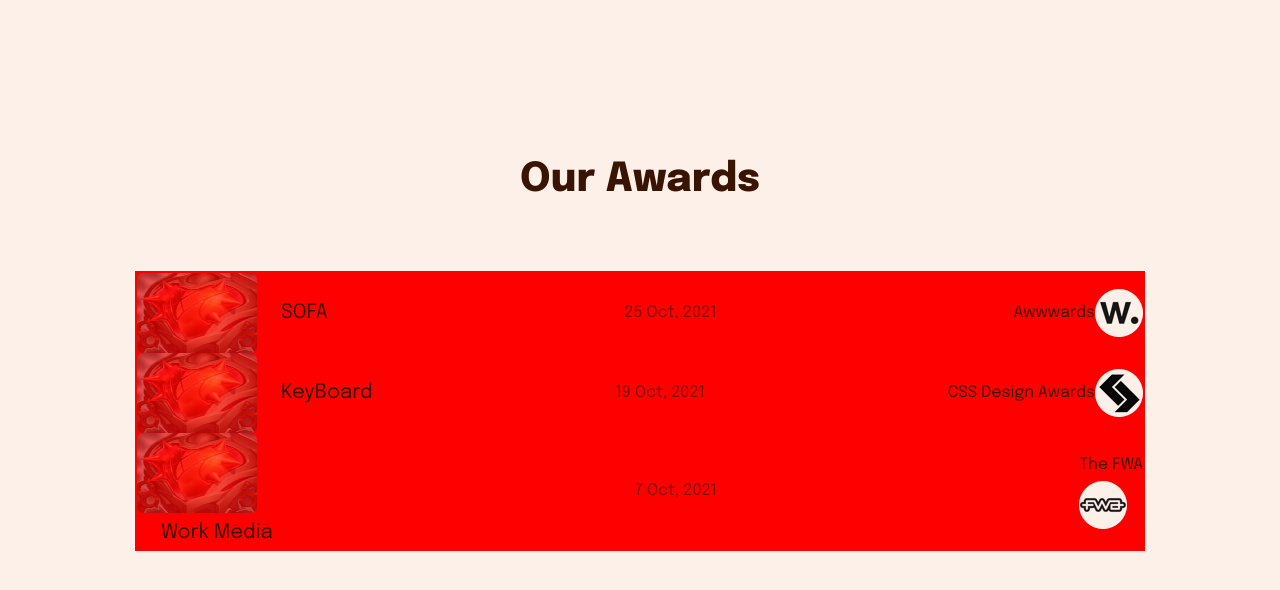
Repository: PoladEziz/Task-19
Page: index.html
An editor plug-in stored every save of this project. The page is shown before and after a run of saves, followed by the edit.
The browser window is 1280 px wide. The pictures show the whole page.
The style sheet was rebuilt from its Sass, Less or Tailwind sources for each picture, by a compiler version that may differ from the author's.

Above is the page before, as saved 2023-09-12 15:47:56.

### index.html
<!DOCTYPE html>
<html lang="en">
  <head>
    <meta charset="UTF-8" />
    <meta name="viewport" content="width=device-width, initial-scale=1.0" />
    <title>Document</title>
    <link rel="stylesheet" href="./index.css" />
  </head>

  <body>
    <div class="awards">
      <h1>Our Awards</h1>
      <table>
        <tr>
          <td>
            <div class="left-box">
              <img class="first" src="./foto.jpg" alt="" />
              <h2>SOFA</h2>
            </div>
          </td>
          <td>
            <p>25 Oct, 2021</p>
          </td>
          <td>
            <div class="right-box">
              <h3>Awwwards</h3>
            <img src="./img/Bitmap (8).png" alt="" />
            </div>

          </td>
        </tr>
        <tr>
          <td>
            <div class="left-box">
              <img class="first" src="./foto.jpg" alt="" />
              <h2>KeyBoard</h2>
            </div>
          </td>
          <td>
            <p>19 Oct, 2021</p>
          </td>
          <td>
            <div class="right-box">
              <h3>CSS Design Awards</h3>
              <img src="./img/Bitmap (9).png" alt="" />
            </div>

          </td>
        </tr>
        <tr>
          <td>
            <img class="first" src="./foto.jpg" alt="" />
            <h2>Work Media</h2>
          </td>
          <td>
            <p>7 Oct, 2021</p>
          </td>
          <td>
            <h3>The FWA</h3>
            <img src="./img/Bitmap (10).png" alt="" />
          </td>
        </tr>
      </table>
    </div>
  </body>
</html>

### index.scss
@import url('https://fonts.googleapis.com/css2?family=Epilogue:wght@400;800&display=swap');

* {
    padding: 0;
    margin: 0;
    box-sizing: border-box;
}

.awards {
    width: 100%;
    min-height: 100vh;
    background: #FDF0E9;
    padding: 156px 135px;

    h1 {
        color: var(--Text_Dark, #391400);
        text-align: center;
        font-feature-settings: 'clig' off, 'liga' off;
        font-family: Epilogue;
        font-size: 40px;
        font-style: normal;
        font-weight: 800;
        line-height: 48px;
    }

    table {
        width: 100%;
        margin-top: 67px;
        background-color: red;
        tr {
            width: 100%;
            display: flex;
            justify-content: space-between;
            align-items: center;
            td {

                .first {
                    width: 120px;
                    height: 80px;
                    border-radius: 6px;
                    opacity: 0.3181;
                    background: #5C2000;
                }

                h2 {
                    margin-left: 24px;
                    color: var(--Text_Dark, #391400);
                    font-feature-settings: 'clig' off, 'liga' off;
                    font-family: Epilogue;
                    font-size: 20px;
                    font-style: normal;
                    font-weight: 400;
                    line-height: 32px;
                }

                p {
                    color: var(--Text_Dark_Gray, rgba(57, 20, 0, 0.64));
                    text-align: center;
                    font-feature-settings: 'clig' off, 'liga' off;
                    font-family: Epilogue;
                    font-size: 16px;
                    font-style: normal;
                    font-weight: 400;
                    line-height: 32px;
                }

                h3 {
                    color: var(--Text_Dark, #391400);
                    text-align: right;
                    font-feature-settings: 'clig' off, 'liga' off;
                    font-family: Epilogue;
                    font-size: 16px;
                    font-style: normal;
                    font-weight: 400;
                    line-height: 32px;
                }
            }
            .left-box, .right-box{
                display: flex;
                align-items: center;
            }
        }
    }
}

After the next 3 saves:
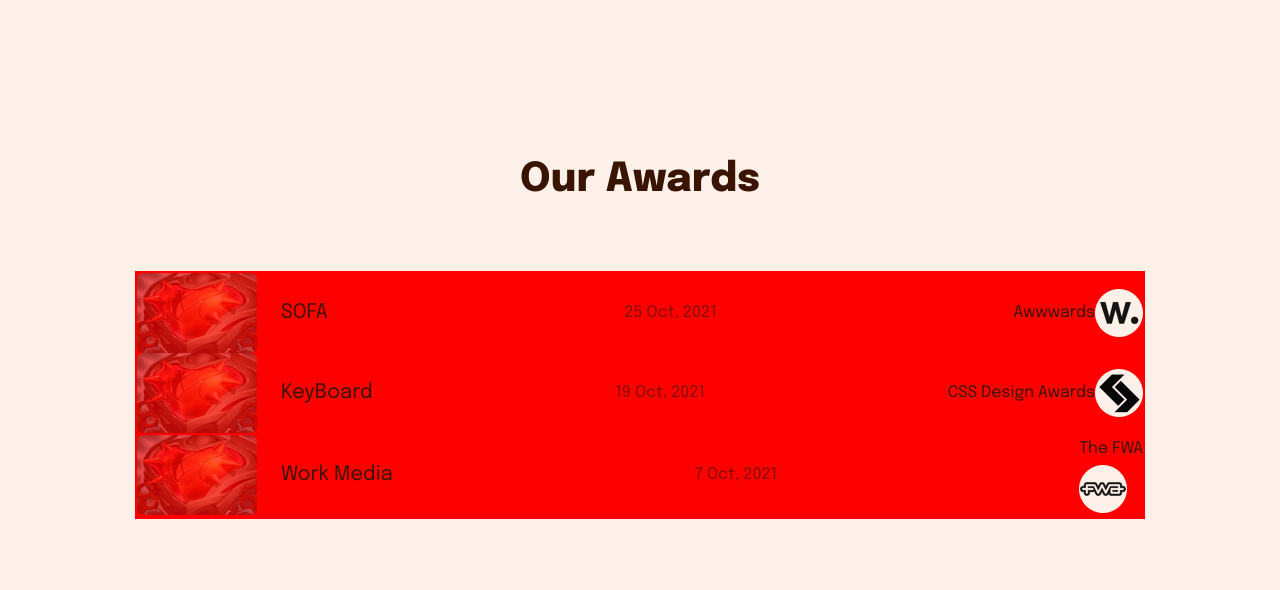
The 3 saves are shown as one change because they came seconds apart.
The last was saved 10 s later.
--- a/index.html
+++ b/index.html
@@ -49,8 +49,11 @@
         </tr>
         <tr>
           <td>
-            <img class="first" src="./foto.jpg" alt="" />
-            <h2>Work Media</h2>
+            <div class="left-box">
+              <img class="first" src="./foto.jpg" alt="" />
+              <h2>Work Media</h2>
+            </div>
+
           </td>
           <td>
             <p>7 Oct, 2021</p>
